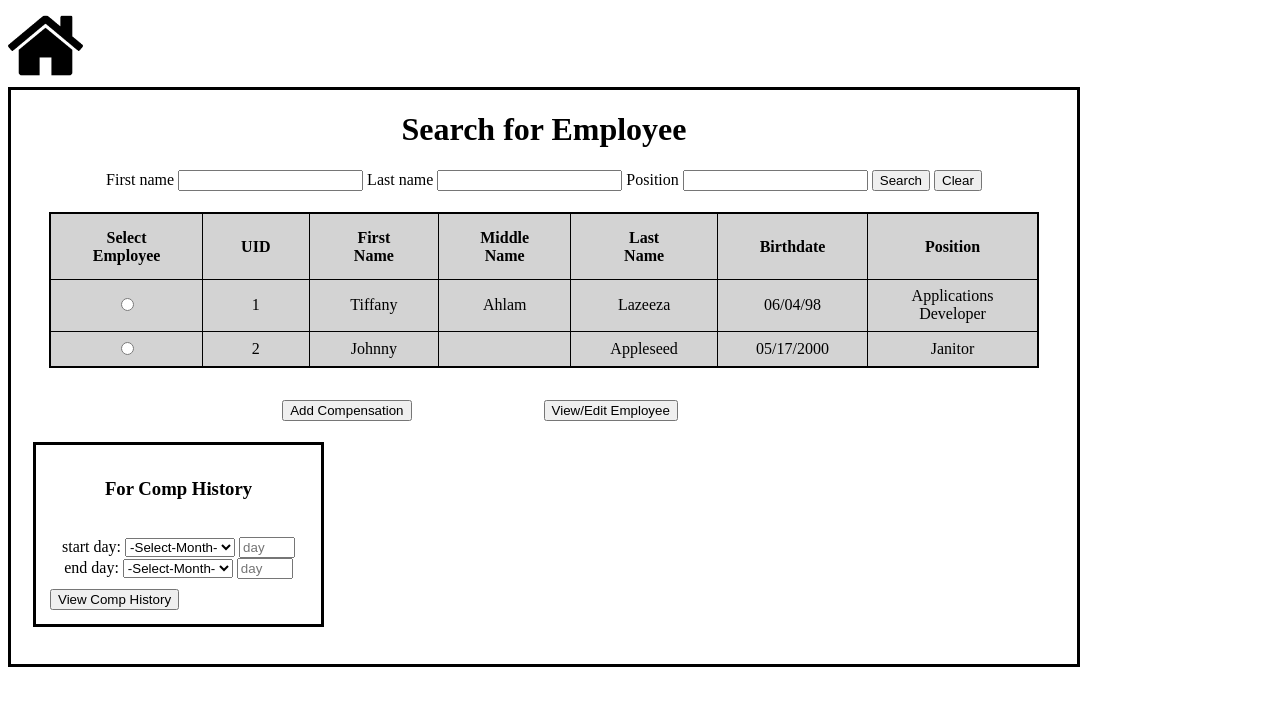
Repository: ticross18/SpringBootEmployeeSystem
Page: EmploymentSystem/src/main/resources/static/searchEmp.html
An editor plug-in stored every save of this project. The page is shown before and after the next save, followed by the edit.
The browser window is 1280 px wide. The pictures show the whole page.

Above is the page before, as saved 2022-05-17 18:11:18.

After the next save:
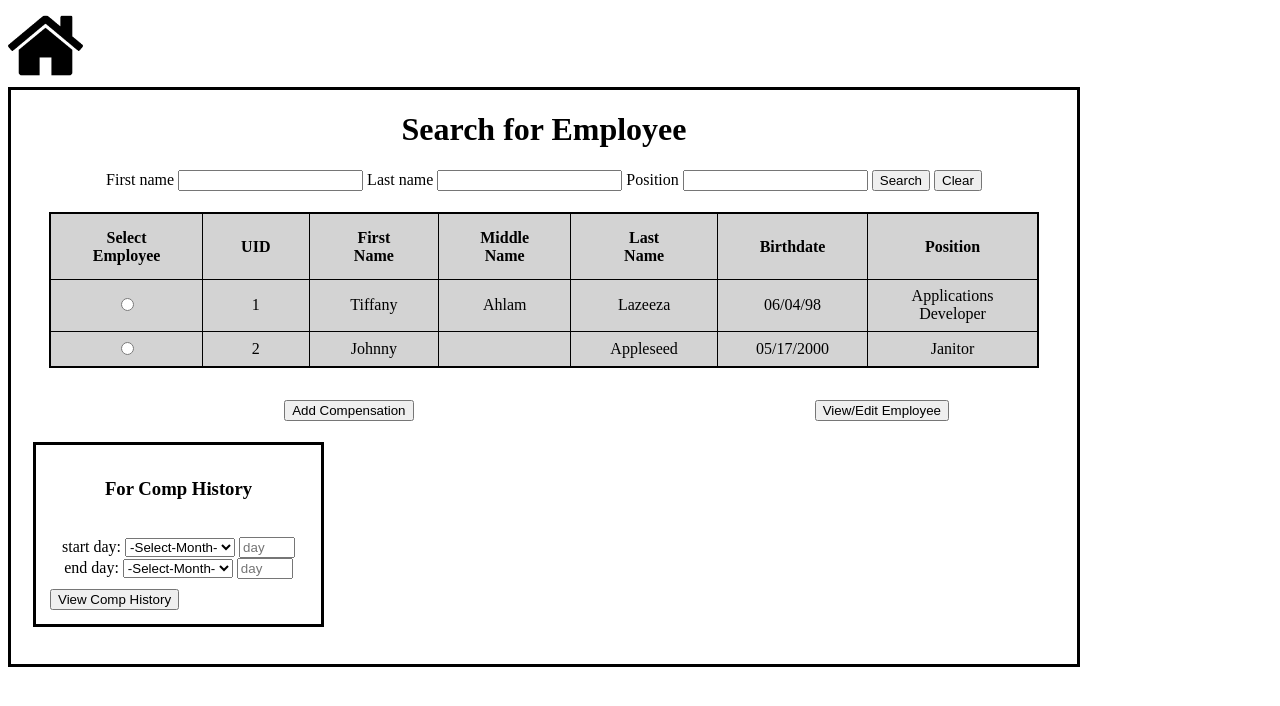
Saved 18 s later.
--- a/EmploymentSystem/src/main/resources/static/searchEmp.html
+++ b/EmploymentSystem/src/main/resources/static/searchEmp.html
@@ -57,7 +57,7 @@
 
      <button type="button" class="optionButtons" onclick="location.href = '#';"  id="addEmp" > Add Compensation </button>
 
-     <button type="button" class="optionButtons" onclick="location.href = '#';" id="viewEditEmp"> View/Edit Employee </button>
+     <button type="button" class="optionButtons" onclick="location.href = '#';" style="float:right;" id="viewEditEmp"> View/Edit Employee </button>
 
 	<div id="dateRange">
 		<h3>For Comp History</h3><br>
